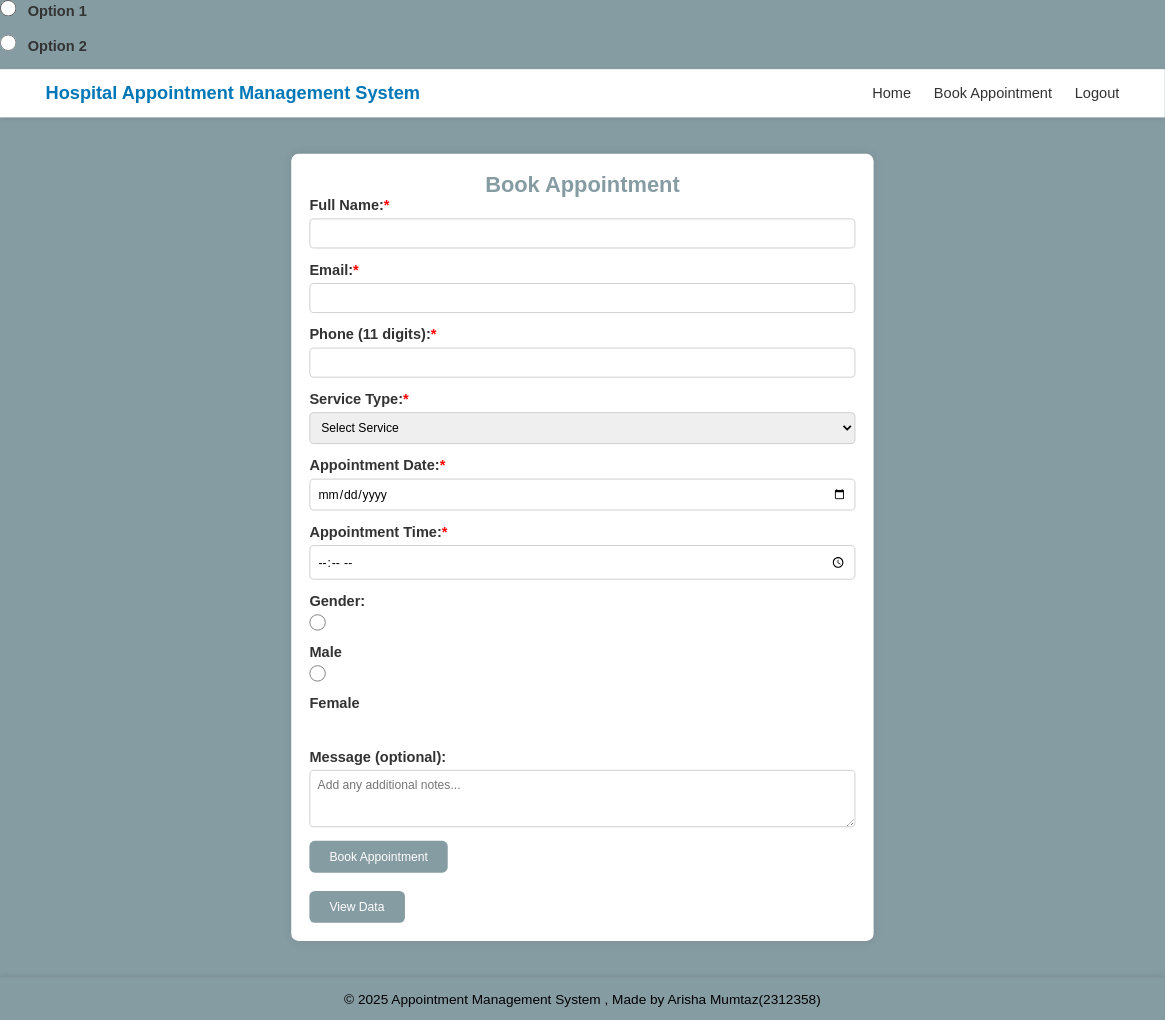
Repository: Arisha004/Hospital-appointment-management-system-
Page: http://localhost/
An editor plug-in stored every save of this project. The page is shown before and after the next save, followed by the edit.
The browser window is 1280 px wide. The pictures show the whole page, at 91% of full size.
The page is run by PHP 8.4 with error messages shown; the project is at /var/www/html/.

Above is the page before, as saved 2025-11-16 14:41:03.

After the next save:
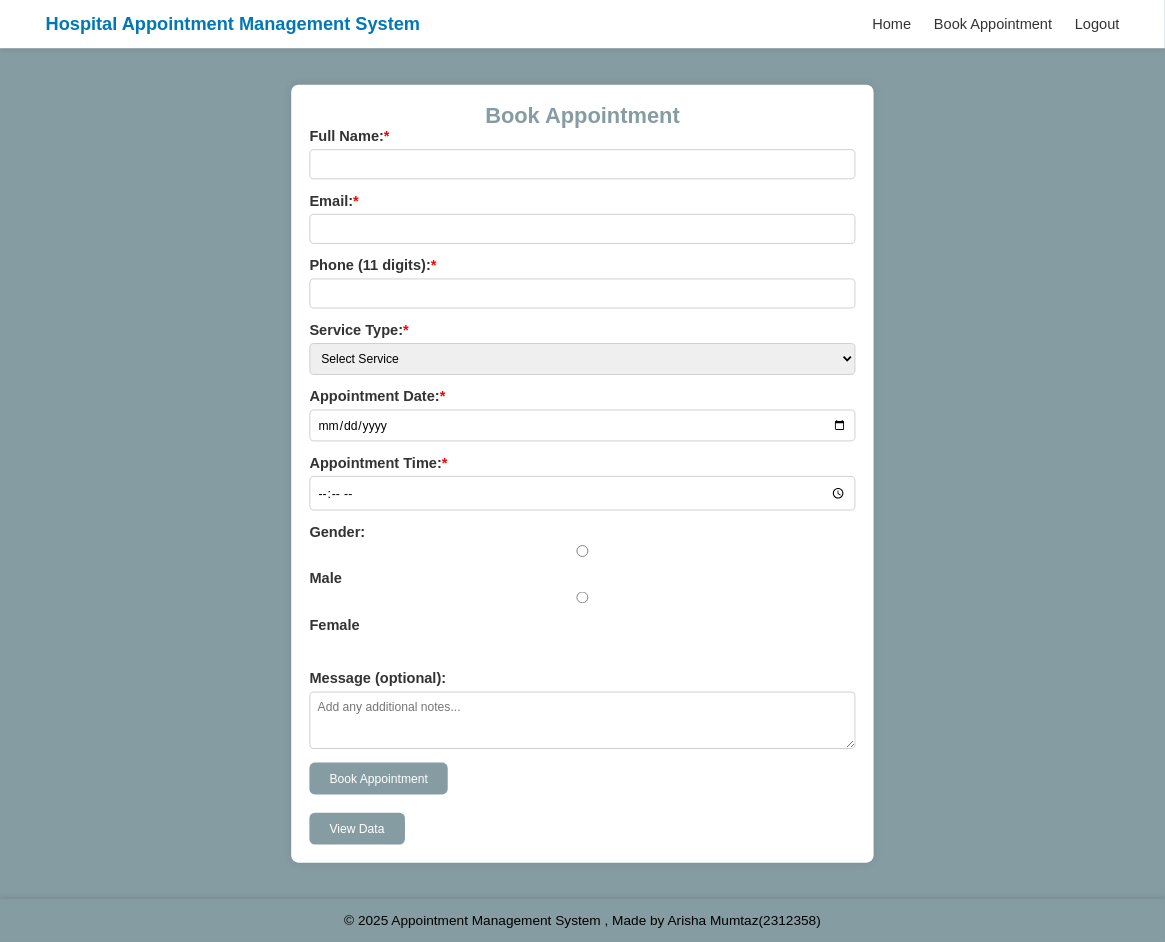
Saved 21 s later.
--- a/index.php
+++ b/index.php
@@ -2,24 +2,7 @@
 <head>
 <title>Book Appointment</title>
 <link rel="stylesheet" href="style2.css">
-<style>
-  input[type='radio'] {
-    width: 18px;
-    height: 18px;
-    accent-color: #2196F3;
-    margin-right: 8px;
-    cursor: pointer;
-  }
-  label {
-    font-family: Arial, sans-serif;
-    font-size: 16px;
-    margin-right: 15px;
-    cursor: pointer;
-  }
-</style>
 
-<label><input type='radio' name='example'> Option 1</label>
-<label><input type='radio' name='example'> Option 2</label>
 </head>
 <body>
  <header class="navbar">
